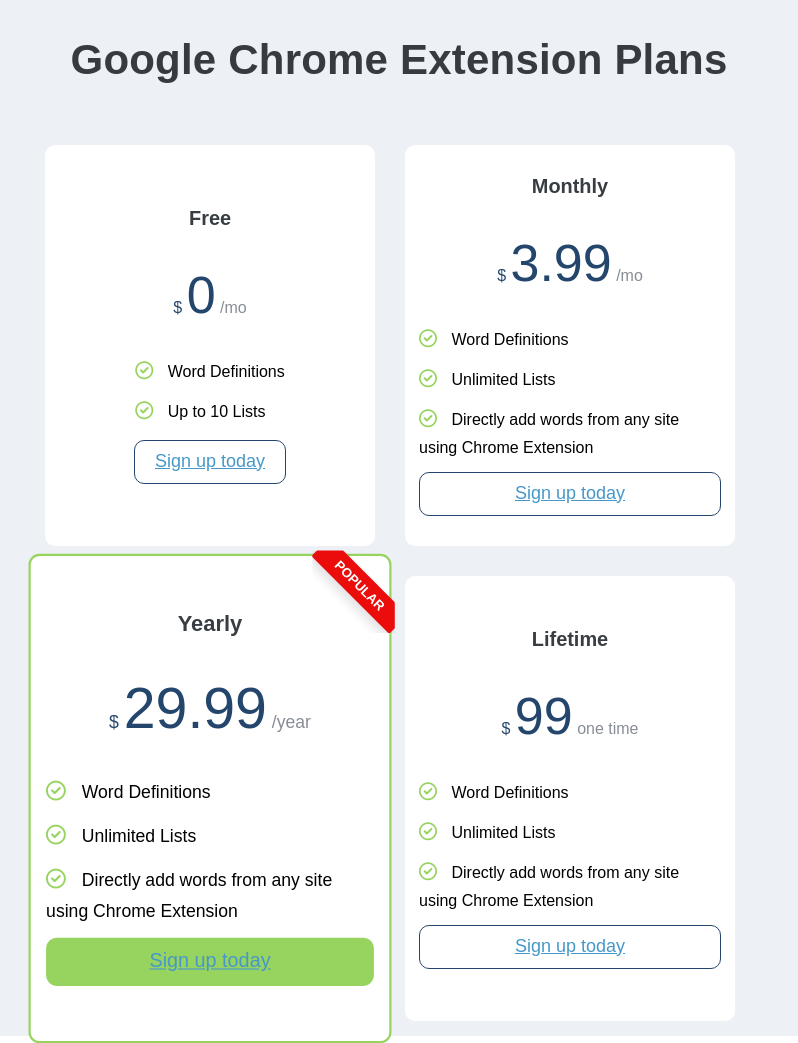
Repository: Novoselets28/chatos-test-task
Page: index.html
An editor plug-in stored every save of this project. The page is shown before and after the next save, followed by the edit.
The browser window is 768 px wide. The page is 798 px wide, so the pictures cover 798 px, including what lies to the right of the window. The pictures show the whole page.

Above is the page before, as saved 2023-04-20 01:05:34.

After the next save:
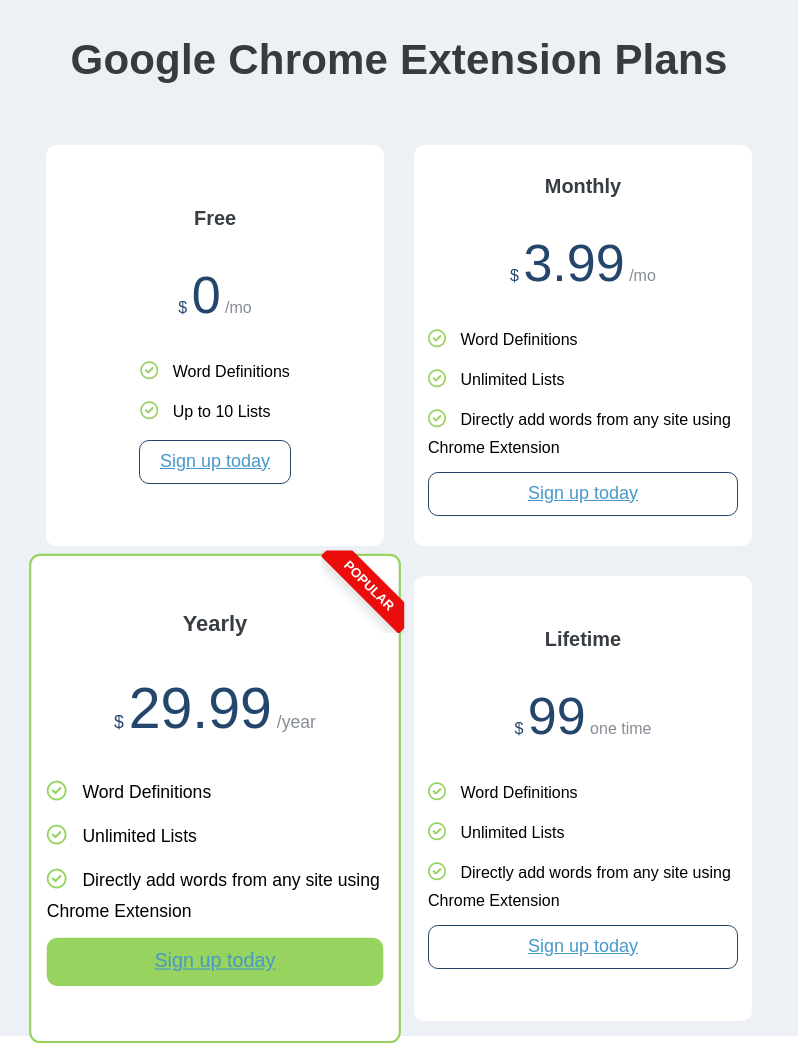
Saved 3 min 33 s later.
--- a/index.css
+++ b/index.css
@@ -81,7 +81,7 @@
     .extension__items{
         display: flex;
         flex-wrap: wrap;
-        width: 750px;
+        width: 100%;
     }
 }
 
